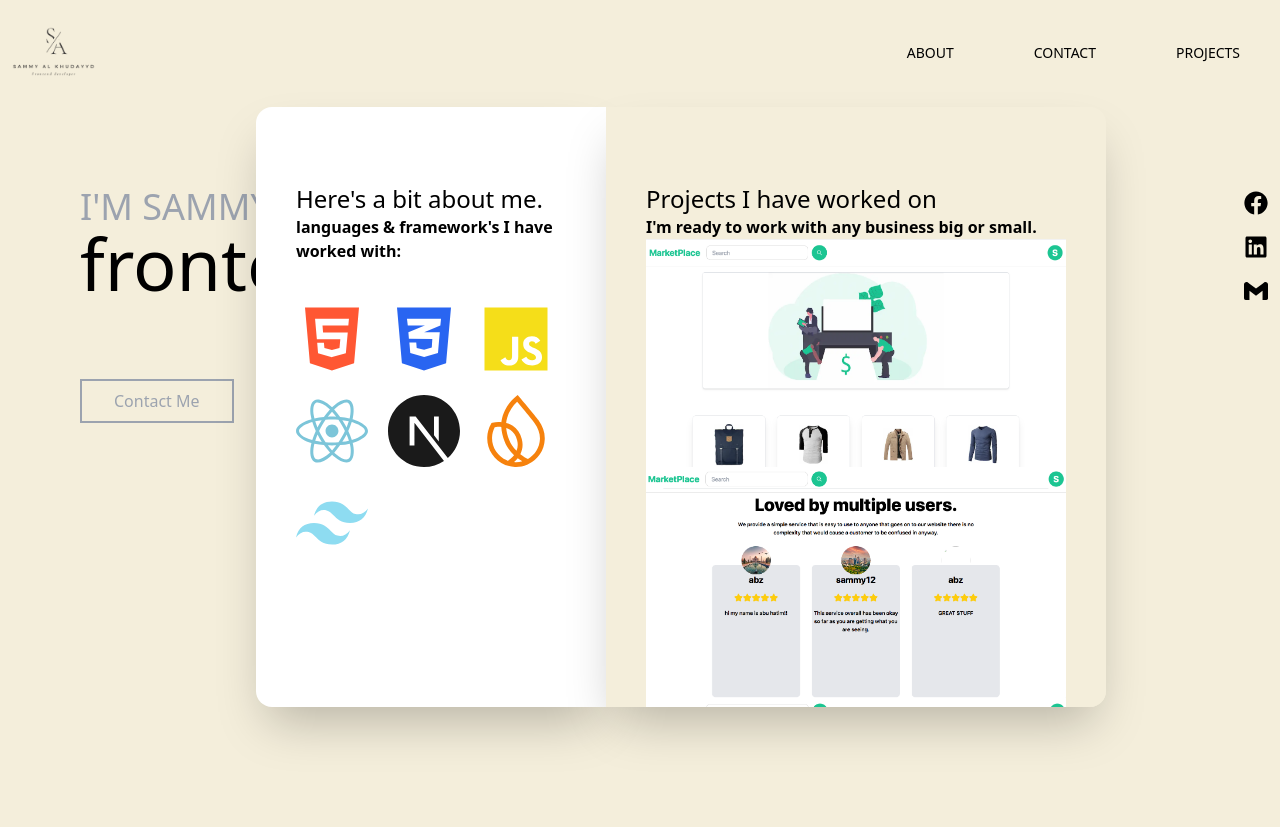
Repository: Al123Kudayyd/myportfolio
Page: /
These files come from the project's save history. The page is drawn as it stood at one moment and after a run of saves; the edit follows.
The browser window is 1280 px wide. The pictures show the whole page.
An inner scrolling area shows only its first screen. The project was rebuilt for these pictures with package versions that can differ from the ones it lists, and the page was loaded fresh each time. Also part of the build but not shown: src/components/model.js.

Above is the page before, as saved 2024-02-21 14:38:14.

### src/App.js
import Main from './components/Main';
import Nav from './components/Nav';
import Model from './components/Model'


function App() {
  return (
    <div className=" ">
      <Nav />
      <Main />

    </div>
  );
}

export default App;

### src/components/Main.jsx
import React, { useState } from 'react'
import Model from './Model'
import { LiaTimesSolid } from "react-icons/lia";
import { FaFacebook, FaLinkedin } from "react-icons/fa";
import { SiGmail } from "react-icons/si";
import Projects from './Projects';

function Main() {
    const [openModal, setOpenModal] = useState(false)
  return (
    <div className='relative'>
    <div className='bg-[#f4eedb] relative h-screen'>
        <div className='-z-10 pl-20 pt-20 '>
            <h1 className=''><span className='text-gray-400 font-extralight text-4xl'>I'M SAMMY AND I'M A</span>
            <br /><span className='text-7xl'>frontend developer.</span></h1>
            <button className='mt-20 border-gray-400 border-2 text-gray-400 py-2 px-8 hover:bg-gray-400 hover:text-[#f4eedb]
            transition-all duration-300'
            onClick={() => setOpenModal(true)}>
                Contact Me</button>
        </div>

    </div>
    {
        openModal && <Model btn={<LiaTimesSolid onClick={() => setOpenModal(false)} />} />
    }
    <div className='absolute top-[10%] right-0 text-2xl space-y-5 m-3'>
        <FaFacebook />
        <FaLinkedin />
        <SiGmail />
        </div>
        <Projects  />
    </div>
  )
}

export default Main

### src/components/Nav.jsx
import React from 'react'
import logo from '../assets/logo.png'
import { LiaBarsSolid } from "react-icons/lia";

function Nav({ }) {
  return (
    <div className='bg-[#f4eedb] relative'>
        <div className='flex justify-between items-center'>
            <img src={logo} className="w-[20%] md:w-1/12 " />
            <LiaBarsSolid className='sm:hidden text-3xl mr-5 hover:text-gray-400 cursor-pointer active:scale-[.85] transition-all duration-300' />
            <ul className='hidden sm:flex font-extralight text-sm '>
                <li className='px-10 cursor-pointer hover:text-gray-400 transition-all duration-300'>ABOUT</li>
                <li className='px-10 cursor-pointer hover:text-gray-400 transition-all duration-300'>CONTACT</li>
                <li className='px-10 cursor-pointer hover:text-gray-400 transition-all duration-300'>PROJECTS</li>
            </ul>
        </div>



    </div>
  )
}

export default Nav

### src/components/Projects.jsx
import React from 'react'
import { FaHtml5, FaReact } from "react-icons/fa";
import { FaCss3Alt } from "react-icons/fa6";
import { IoLogoJavascript } from "react-icons/io5";
import { SiNextdotjs } from "react-icons/si";
import { SiFirebase } from "react-icons/si";
import { SiTailwindcss } from "react-icons/si";
import project1 from '../assets/project1.png'
import project1c from '../assets/project1b.png'
import project1b from '../assets/project1c.png'

function Projects() {
  return (
    <div className='absolute top-0 left-[20%]'>
        <div className='flex justify-center items-center'>
            <div className='shadow-2xl bg-white w-[350px] h-[600px] rounded-l-2xl'>
                <div className='px-[40px] py-[76px] '>
                    <h1 className='text-2xl'>Here's a bit about me.</h1>
                    <h3 className='text-md font-bold'>languages & framework's I have worked with:</h3>
                    <div className='flex flex-wrap my-10 text-7xl'>
                        <FaHtml5 className='text-[#FF5733]' />
                        <FaCss3Alt className='text-[#2965F1] mx-5' />
                        <IoLogoJavascript className='text-[#F5DE19]' />
                        <FaReact className='text-[#7CC5D9] my-5' />
                        <SiNextdotjs className='text-[#1a1a1a] my-5 mx-5' />
                        <SiFirebase className='text-[#F6820D] my-5' />
                        <SiTailwindcss className='text-[#8edcf1]' />
                    </div>
                </div>

            </div>
            <div className='shadow-2xl bg-[#f4eedb] w-[500px] h-[600px] rounded-r-2xl overflow-auto'>
                <div className='px-[40px] py-[76px]'>
                    <h1 className='text-2xl'>Projects I have worked on</h1>
                    <h3 className='text-md font-bold'>I'm ready to work with any business big or small.</h3>
                    <div>
                        <img src={project1} alt="" />
                        <img src={project1c} alt="" />
                        <img src={project1b} alt="" />
                    </div>

                </div>

            </div>
        </div>
    </div>
  )
}

export default Projects

### tailwind.config.js
/** @type {import('tailwindcss').Config} */
module.exports = {
  content: [
    "./src/components/Nav.{js,jsx,ts,tsx}",
    "./src/components/Main.{js,jsx,ts,tsx}",
    "./src/components/App.{js,jsx,ts,tsx}",
    "./src/components/Model.{js,jsx,ts,tsx}",
    "./src/components/Projects.{js,jsx,ts,tsx}"
  ],
  theme: {
    extend: {},
  },
  plugins: [],
}

Loaded but not shown: public/index.html (common file); src/index.js (common file); src/index.css (common file); src/reportWebVitals.js (common file)

After the next 2 saves:
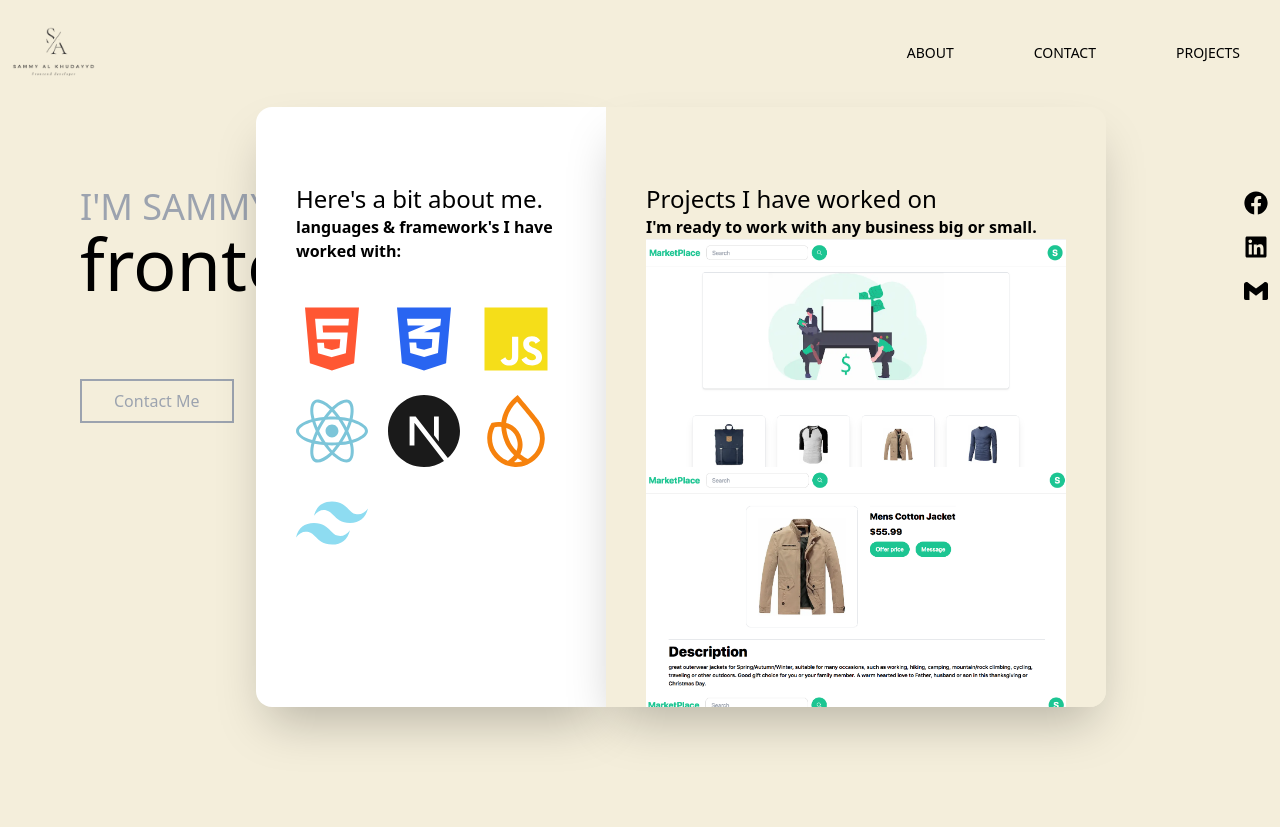
The 2 saves are shown as one change because they came seconds apart.
The last was saved 62 s later.
--- a/src/components/Projects.jsx
+++ b/src/components/Projects.jsx
@@ -35,8 +35,8 @@ function Projects() {
                     <h3 className='text-md font-bold'>I'm ready to work with any business big or small.</h3>
                     <div>
                         <img src={project1} alt="" />
+                        <img src={project1b} alt="" />
                         <img src={project1c} alt="" />
-                        <img src={project1b} alt="" />
                     </div>
 
                 </div>
